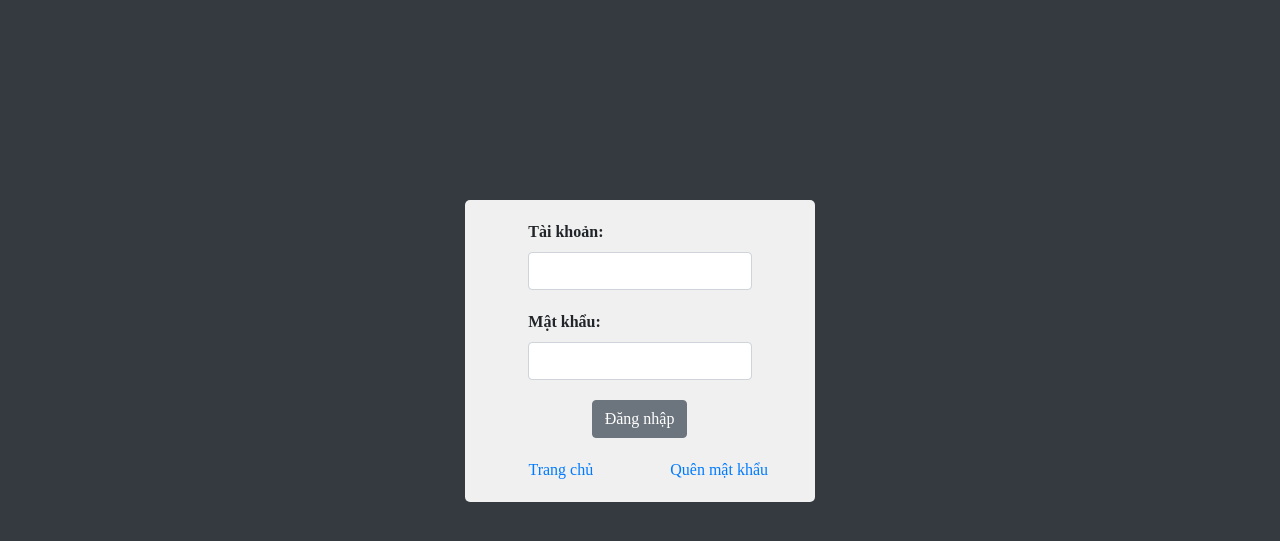
Repository: cuongnh2k/phimmoi
Page: http://localhost/phimmoi/Login.jsp
These files come from the project's save history. The page is drawn as it stood at one moment and after the next save; the edit follows.
The browser window is 1280 px wide. The pictures show the whole page.
Some web fonts or font styles are not loaded; a fallback is used. The page is served by Tomcat 9. Nobody is signed in. The application's start-up code is not run.

Above is the page before, as saved 2021-08-23 02:57:34.

After the next save:
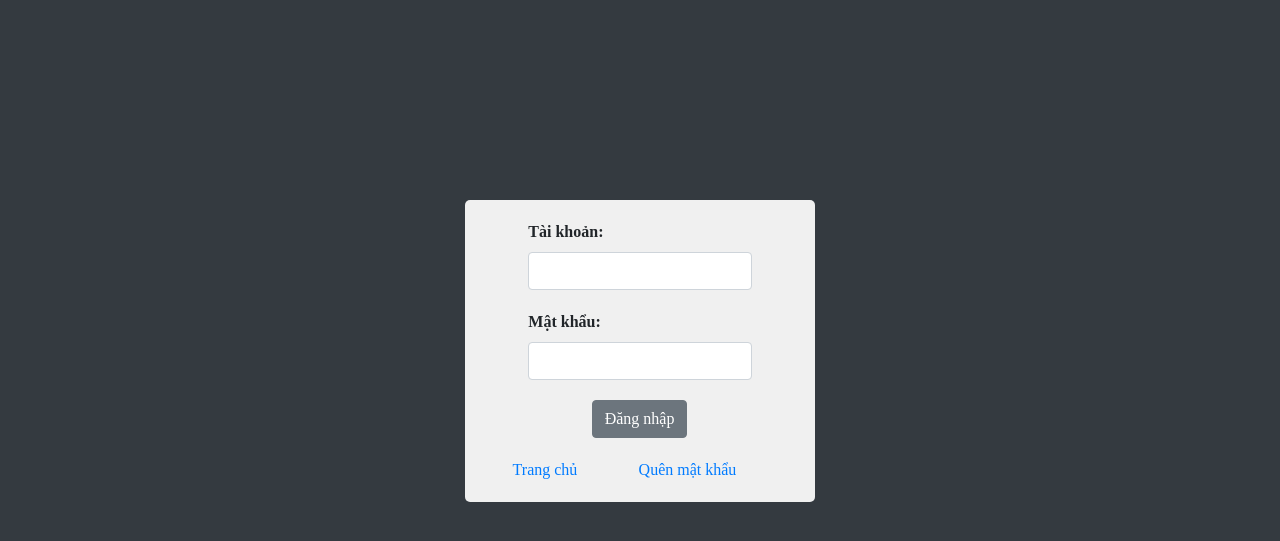
Saved 27 s later.
--- a/phimmoi/src/main/webapp/Login.jsp
+++ b/phimmoi/src/main/webapp/Login.jsp
@@ -95,7 +95,7 @@
 				</div>
 				<div class="col-4"></div>
 				<div class="col-1"></div>
-				<div class="col-5 text-center" style="margin-top: 20px; margin-bottom: 20px;">
+				<div class="col-4 text-center" style="margin-top: 20px; margin-bottom: 20px;">
 					<a href="home" class="text-center">Trang chủ</a>
 				</div>
 				<div class="col-5 text-center" style="margin-top: 20px; margin-bottom: 20px;">
